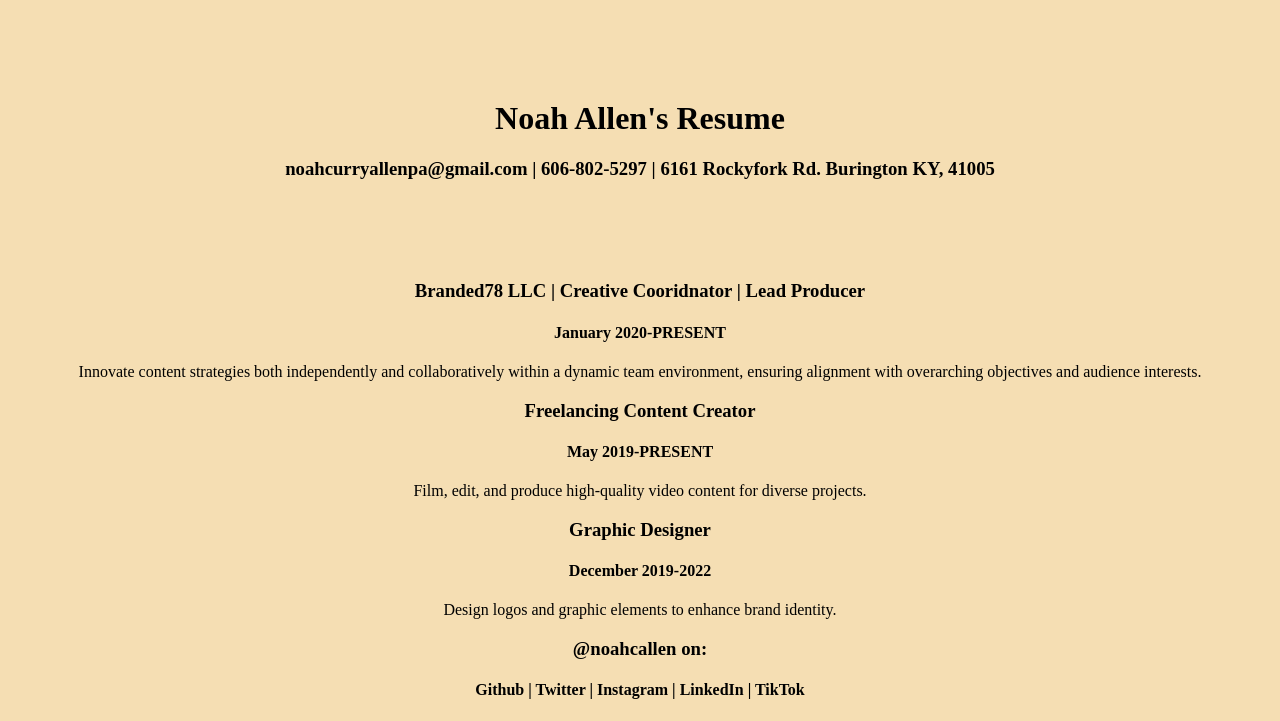
Repository: noahcallen/LAB-HTML-Resume
Page: index.html
The author's editor kept a copy of each file at every save. The page is drawn from the files as they stood at one save, then again after the next save.
The browser window is 1280 px wide. The pictures show the whole page.

Above is the page before, as saved 2024-07-08 21:44:33.

### index.html
<!DOCTYPE html>
<html lang="en">
<head>
  <meta charset="UTF-8">
  <meta name="viewport" content="width=device-width, initial-scale=1.0">
  <title>Document</title>
  <link rel="stylesheet" href="main.css">
</head>
<body>

  <div class="HEADER">
  <!--HEADER-->
  <h1>Noah Allen's Resume</h1>
  <h3> noahcurryallenpa@gmail.com | 606-802-5297 | 6161 Rockyfork Rd. Burington KY, 41005</h3>
<!--END HEADER-->
  </div>

  <article id="Job1">
    <h3>Branded78 LLC | Creative Cooridnator | Lead Producer</h3>
    <h4>January 2020-PRESENT</h4>
    <section>
      <p>Innovate content strategies both independently and collaboratively within a dynamic team environment, ensuring alignment with overarching objectives and audience interests.</p>
    </section>
  </article>

  <article id="Job2">
    <h3>Freelancing Content Creator</h3>
    <h4>May 2019-PRESENT</h4>
    <section>
      <p>Film, edit, and produce high-quality video content for diverse projects.</p>
    </section>
  </article>

  <article id="Job3">
    <h3>Graphic Designer</h3>
    <h4>December 2019-2022</h4>
    <section>
      <p>Design logos and graphic elements to enhance brand identity.</p>
    </section>
  </article>

  <div class="FOOTER">
    <!-- FOOTER-->
     <h3>@noahcallen on:</h3>
     <h4>Github | Twitter | Instagram | LinkedIn | TikTok</h4>
    <!-- FOOTER-->
  </div>



  <script src="main.js"></script>
</body>
</html>

### main.css
body {
  background-color: wheat;
  text-align: center;
}

.HEADER {
  margin: 100px 0px 100px 0px;
  border-start-end-radius: solid 5px green;
}

Loaded but not shown: main.js (no stored copy; drawn as an empty file)

After the next save:
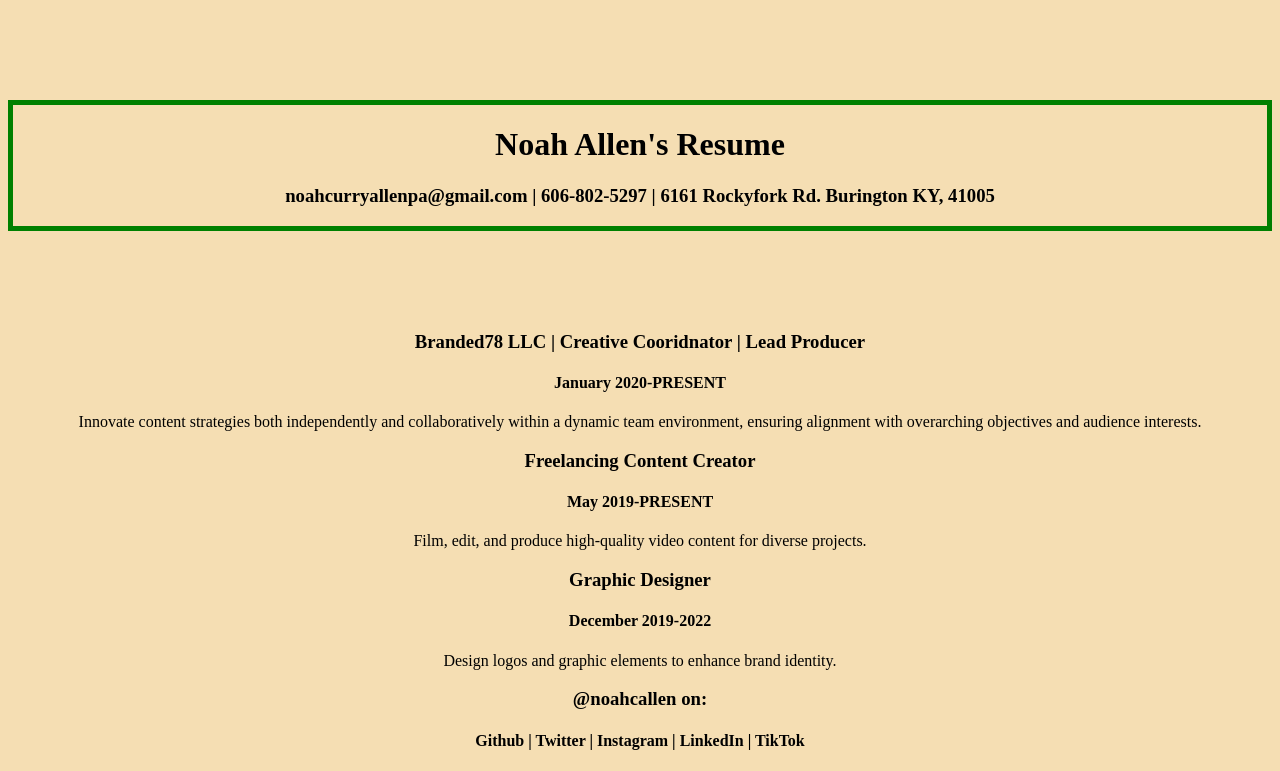
Saved 12 s later.
--- a/main.css
+++ b/main.css
@@ -5,5 +5,5 @@
 
 .HEADER {
   margin: 100px 0px 100px 0px;
-  border-start-end-radius: solid 5px green;
+  border: solid 5px green;
 }
